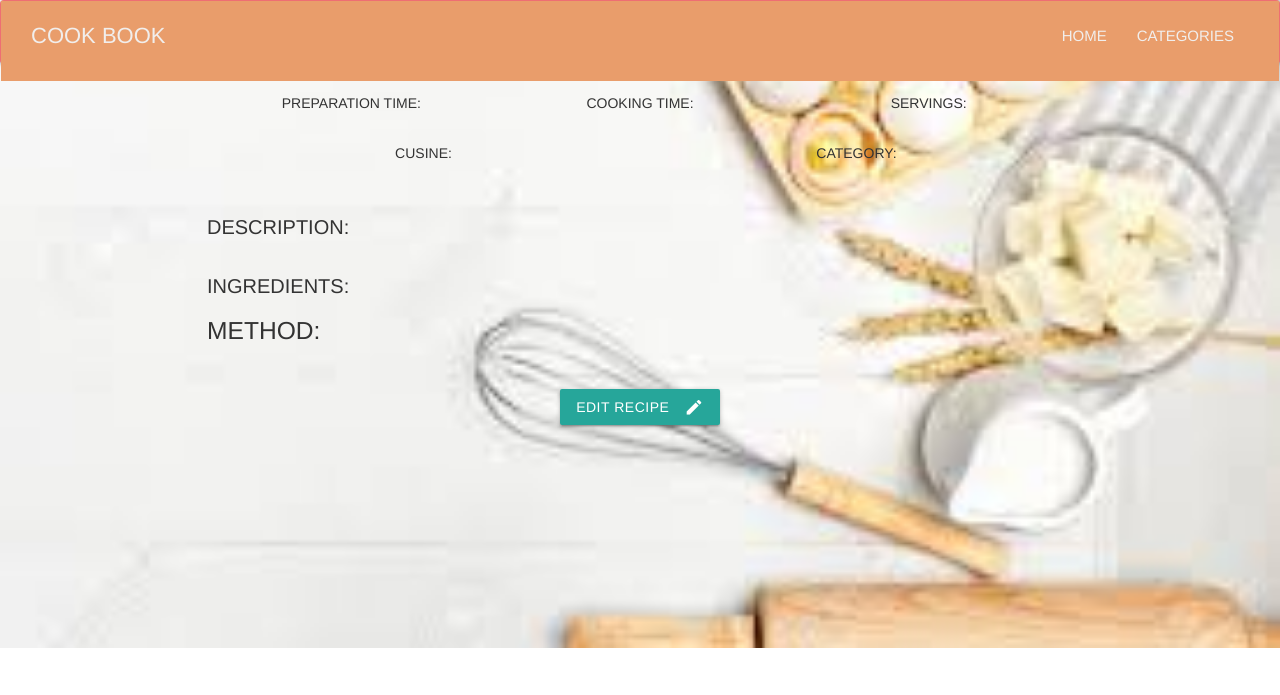
Repository: atena123/COOK-BOOK
Page: templates/viewrecipe.html
The author's editor kept a record of every edit. The page is drawn from the files as they stood at one moment, then again after the next edit.
The browser window is 1280 px wide. The pictures show the whole page.
Some web libraries are served in a nearby version. The page is served by the project's application, run on Flask 3 (app.py). The template is opened directly, without the code that normally fills it, so the values that code supplies are empty.

Above is the page before.

### templates/viewrecipe.html
{% extends 'base.html' %}

    {% block content %}


    <h3>{{recipe.recipe_name}}</h3>

    <div class="row">
        <div class="col s4 heading">
        <p>PREPARATION TIME: {{recipe.preparation_time}}</p>
        </div>
        <div class="col s4 heading">
        <p>COOKING TIME: {{recipe.cooking_time}}</p>
        </div>
        <div class="col s4 heading">
        <p>SERVINGS: {{recipe.recipe_servings}}</p>
        </div>
    </div>


    <div class="row">
        <div class="col s6 heading">
        <p>CUSINE: {{recipe.cusine_name}}</p>
        </div>
        <div class="col s6 heading">
        <p>CATEGORY: {{recipe.category_name}}</p>
        </div>
    </div>

        <p class="large-heading">DESCRIPTION:</p>
        {{recipe.recipe_description}}


        <p class="large-heading">INGREDIENTS:</p>
        {{recipe.recipe_ingredients}}


        <h5>METHOD:</h5>
        {{recipe.recipe_method}}



    <div class="row edit_recipe_button">
    <a href="{{url_for('edit_recipe', recipe_id=recipe._id)}}" class="waves-effect waves-light btn"><i class="material-icons right">edit</i>EDIT RECIPE</a>
    </div>

    {% endblock %}

### templates/base.html
<!DOCTYPE html>
<html>
    <head>
        <meta charset="utf-8">
        <meta http-equiv="X-UA-Compatible" content="IE=edge">
        <meta name="viewport" content="width=device-width, initial-scale=1">
        <link rel="stylesheet" href="https://maxcdn.bootstrapcdn.com/bootstrap/3.3.7/css/bootstrap.min.css" type="text/css" />
        <link href="https://fonts.googleapis.com/icon?family=Material+Icons" rel="stylesheet">
        <link rel="stylesheet" href="https://cdnjs.cloudflare.com/ajax/libs/materialize/1.0.0/css/materialize.min.css">
        <link rel="stylesheet" href="{{url_for('static', filename='css/style.css')}}" type="text/css" />
        <link rel="stylesheet" href="{{url_for('static', filename='images/cooking-tools.jpg')}}" type="text/css" />
        <title>COOK BOOK</title>
    </head>
    <body>
        <nav class="navbar">
            <div class="container-fluid navbar-container navbar-default bg-color-navbar">
                <div class="row">
                    <div class="col-xs-12">
                        <div class="navbar-header">
                            <button type="button" class="navbar-toggle collapsed" data-toggle="collapse" data-target="#bs-example-navbar-collapse-1" aria-expanded="false">
                                <span class="sr-only">Toggle navigation</span>
                                <span class="icon-bar"></span>
                                <span class="icon-bar"></span>
                                <span class="icon-bar"></span>
                            </button>
                            <a class="navbar-brand" href="{{url_for('find_recipes')}}">COOK BOOK</a>
                        </div>
                        <div class="collapse navbar-collapse" id="bs-example-navbar-collapse-1">
                            <ul class="nav navbar-nav navbar-right">
                                <li><a href="{{url_for('find_recipes')}}">HOME</a></li>
                                <li><a href="{{url_for('find_categories')}}">CATEGORIES</a></li>
                            </ul>
                    </div>
                 </div>
            </div>
        </nav>

        <div class="container">
        {% block content %}

        {% endblock %}
        </div>
        <script src="https://code.jquery.com/jquery-3.3.1.min.js" integrity="sha256-FgpCb/KJQlLNfOu91ta32o/NMZxltwRo8QtmkMRdAu8=" crossorigin="anonymous"></script>
        <script src="https://maxcdn.bootstrapcdn.com/bootstrap/3.3.7/js/bootstrap.min.js" integrity="sha384-Tc5IQib027qvyjSMfHjOMaLkfuWVxZxUPnCJA7l2mCWNIpG9mGCD8wGNIcPD7Txa" crossorigin="anonymous"></script>
        <script src="https://cdnjs.cloudflare.com/ajax/libs/jquery/3.2.1/jquery.min.js"></script>
        <script src="https://cdnjs.cloudflare.com/ajax/libs/materialize/1.0.0/js/materialize.min.js"></script>
        <script type="text/javascript">
        $(document).ready(function(){
        $('.collapsible').collapsible();
        $('select').formSelect();
        });
        </script>

    </body>
</html>

### app.py
import os
from flask import Flask, render_template, redirect, request, url_for, session
from flask_pymongo import PyMongo
from bson.objectid import ObjectId

app = Flask(__name__)

app.config["MONGO_DBNAME"] ='cook_book'
app.config["MONGO_URI"] = 'mongodb+srv://AnetA:AnetA2@myfirstcluster-sfmlq.mongodb.net/cook_book?retryWrites=true&w=majority'

mongo = PyMongo(app)



@app.route('/', methods=['GET', 'POST'])
def login_page():

  if request.method == 'POST':
    session['username'] == request.form['username']

  if 'username' in session:
    return redirect (session['username'])

    return render_template('recipes.html')






#--------------------------Find Recipes Page------------------


@app.route('/find_recipes')
def find_recipes():
  return render_template("recipes.html", recipes=mongo.db.recipes.find())


#--------------------------Add Recipes Page-------------------


@app.route('/add_recipe')
def add_recipe():
  return render_template('addrecipe.html', categories=mongo.db.categories.find())


#-------Enable To Add Recipe and Redirect To Recipe Page------


@app.route('/insert_recipe', methods=['POST'])
def insert_recipe():
  recipes=mongo.db.recipes
  recipes.insert_one(request.form.to_dict())
  return redirect(url_for('find_recipes'))


#----------------Enable To View Particular Recipe--------------


@app.route('/view_recipe/<recipe_id>')
def view_recipe(recipe_id):
  my_recipe =  mongo.db.recipes.find_one({"_id": ObjectId(recipe_id)})
  my_categories = mongo.db.categories.find()
  return render_template('viewrecipe.html', recipe=my_recipe,
                           categories=my_categories)


#--------------Enable To Edit Particular Recipe----------------


@app.route('/edit_recipe/<recipe_id>')
def edit_recipe(recipe_id):
  this_recipe = mongo.db.recipes.find_one({"_id": ObjectId(recipe_id)})
  all_categories = mongo.db.categories.find()
  return render_template('editrecipe.html', recipe=this_recipe,
                            categories=all_categories)


#-----Enable To Update Recipe And Redirect To Recipe Page-------


@app.route('/update_recipe/<recipe_id>', methods= ['POST'])
def update_recipe(recipe_id):
  recipes=mongo.db.recipes
  recipes.update({"_id": ObjectId(recipe_id)},

  {
    'category_name': request.form.get('category_name'),
    'recipe_name': request.form.get('recipe_name'),
    'recipe_ingredients': request.form.get('recipe_ingredients'),
    'recipe_method': request.form.get('recipe_method'),
    'recipe_description': request.form.get('recipe_description'),
    'preparation_time': request.form.get('preparation_time'),
    'recipe_servings': request.form.get('recipe_servings'),
    'cusine_name': request.form.get('cusine_name'),
    'cooking_time': request.form.get('cooking_time')
  })

  return redirect(url_for('find_recipes'))


#----------------Enable To Delete Particular Recipe--------------


@app.route('/delete_recipe/<recipe_id>')
def delete_recipe(recipe_id):
  mongo.db.recipes.remove({'_id': ObjectId(recipe_id)})
  return redirect(url_for('find_recipes'))







#-------------------Find Categories Page------------------------


@app.route('/find_categories')
def find_categories():
  return render_template('categories.html', categories=mongo.db.categories.find())


#------------------------Add Category Page------------------------


@app.route('/new_category')
def new_category():
  return render_template('addcategory.html')


#-------Enable To Add Category And Redirect To Categories Page-----


@app.route('/add_category', methods=['POST'])
def add_category():
  my_category = {'category_name': request.form.get('category_name')}
  mongo.db.categories.insert_one(my_category)
  return redirect(url_for('find_categories'))


#-------------------Edit Category Page---------------------------


@app.route('/edit_category/<category_id>')
def edit_category(category_id):
  return render_template('editcategory.html', category=mongo.db.categories.find_one({'_id': ObjectId(category_id)}))


#----Enable To Update Category And Redirect To Categories Page----


@app.route('/update_category/<category_id>', methods=['POST'])
def update_category(category_id):
  mongo.db.categories.update({'_id': ObjectId(category_id)}, {'category_name': request.form.get('category_name')})
  return redirect(url_for('find_categories'))


#--------------------Enable To Delete Category----------------------


@app.route('/delete_category/<category_id>')
def delete_category(category_id):
  mongo.db.categories.remove({'_id': ObjectId(category_id)})
  return redirect(url_for('find_categories'))



if __name__ == '__main__':
  app.run(host=os.environ.get('IP'),
  port=int(os.environ.get('PORT')),
  debug=True)

### static/css/style.css
body {
    background: url("../images/cooking-tools.jpg");
    background-position: center;
    background-repeat: no-repeat;
    background-size: cover;
    position: relative;
}


h3, h6 {
    text-align: center;
}

.login-form {
    text-align: center;
}

/*------------------------View Page-----------------------*/

.heading {
    text-align: center;
}

.large-heading {
    font-size: 20px;
    padding-top: 20px;
}

.small-headings {
    padding-top: 20px;
}

/*-------------------------Small Buttons--------------------*/

.button {
    height: 24px;
    width: 80px;
    line-height: 24px;
    margin: 6px 6px;
    padding: 0 0.5em;

}

.small-buttons {
    text-align: right;
}

.view-button, .edit-button {
    background-color: #5DADE2;
}

.view-button:hover, .edit-button:hover {
    background-color: #2E86C1;
    color: white;
}

.remove-button {
    background-color: #EC7063;
}

.remove-button:hover {
    background-color: #CB4335;
    color: white;
}




/*-------------------------Big Buttons---------------*/



.add_recipe_button,
.update_recipe_button {
    text-align: center;
}

.edit_recipe_button {
    text-align: center;
    padding-top: 35px;
}



/*-------------------------Navbar-------------------------*/
.navbar {
    margin: 0;
    padding: 0;
}

.bg-color-navbar {
    background-color: #E99D6B;
}

.navbar-default .navbar-brand {
    color: #F1EEEC;
    padding-top: 25px;
    font-size: 22px;
    transition: color 0.7s ease-in-out;
    -o-transition: color 0.7s ease-in-out;
    -moz-transition: color 0.7s ease-in-out;
    -webkit-transition: color 0.7s ease-in-out;
}


.navbar-default .navbar-brand:hover {
    color: #3B3B3A;
}


.navbar-default .navbar-nav>li>a {
    color: #F1EEEC;
    padding-top: 25px;
    transition: color 0.7s ease-in-out;
    -o-transition: color 0.7s ease-in-out;
    -moz-transition: color 0.7s ease-in-out;
    -webkit-transition: color 0.7s ease-in-out;
 }


.navbar-default .navbar-nav>li>a:hover {
    color: #3B3B3A;
}

After the next edit:
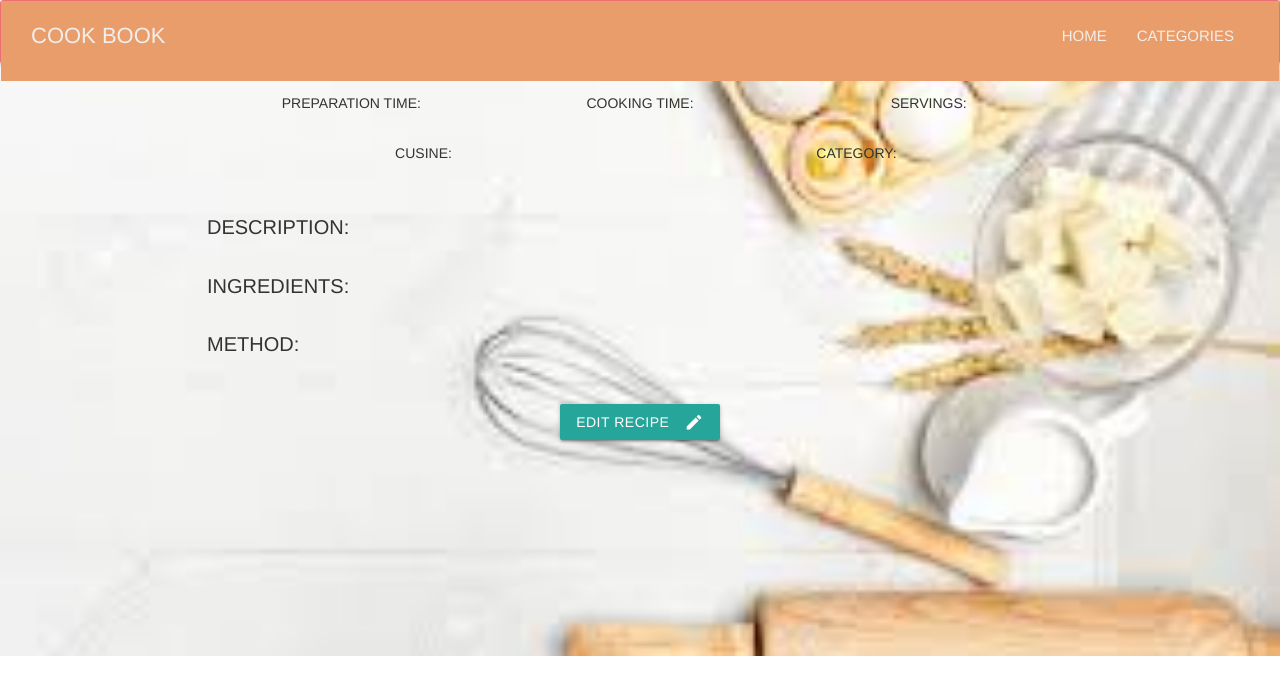
The edit:
--- a/templates/viewrecipe.html
+++ b/templates/viewrecipe.html
@@ -35,7 +35,7 @@
         {{recipe.recipe_ingredients}}
 
 
-        <h5>METHOD:</h5>
+        <p class="large-heading">METHOD:</p>
         {{recipe.recipe_method}}
 
 
